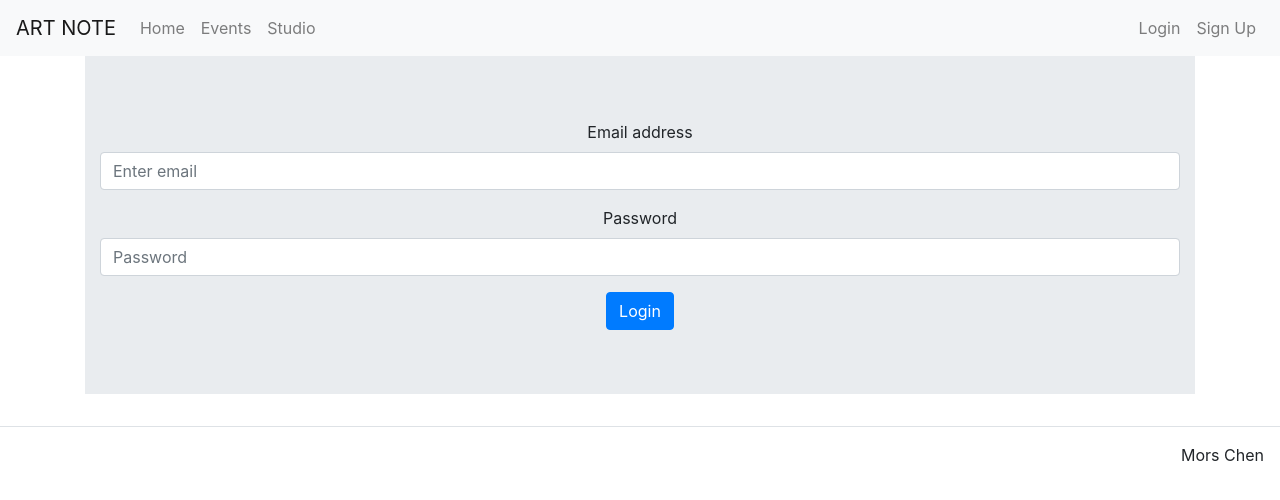
Repository: MorsChen/Final-Client
Page: /login (app in client-app/)
These files come from the project's save history. The page is drawn as it stood at one moment and after the next save; the edit follows.
The browser window is 1280 px wide. The pictures show the whole page.
The page's requests for data from a server got no answer. The project was rebuilt for these pictures with package versions that can differ from the ones it lists, and the page was loaded fresh each time. No one was signed in, and anything a server would have sent is missing. Also part of the build but not shown: client-app/src/page/Home.js, client-app/src/page/SignUp.js, client-app/src/page/Profile.js.

Above is the page before, as saved 2019-10-01 14:24:24.

### client-app/public/index.html
<!DOCTYPE html>
<html lang="en">
  <head>
    <meta charset="utf-8" />
    <link rel="shortcut icon" href="%PUBLIC_URL%/favicon.ico" />
    <meta name="viewport" content="width=device-width, initial-scale=1" />
    <meta name="theme-color" content="#000000" />
    <meta
      name="description"
      content="Web site created using create-react-app"
    />
    <link rel="apple-touch-icon" href="logo192.png" />
    <link
        rel="stylesheet"
        href="https://maxcdn.bootstrapcdn.com/bootstrap/4.3.1/css/bootstrap.min.css"
        integrity="sha384-ggOyR0iXCbMQv3Xipma34MD+dH/1fQ784/j6cY/iJTQUOhcWr7x9JvoRxT2MZw1T"
        crossorigin="anonymous"
      />
    <!--
      manifest.json provides metadata used when your web app is installed on a
      user's mobile device or desktop. See https://developers.google.com/web/fundamentals/web-app-manifest/
    -->
    <link rel="manifest" href="%PUBLIC_URL%/manifest.json" />
    <!--
      Notice the use of %PUBLIC_URL% in the tags above.
      It will be replaced with the URL of the `public` folder during the build.
      Only files inside the `public` folder can be referenced from the HTML.

      Unlike "/favicon.ico" or "favicon.ico", "%PUBLIC_URL%/favicon.ico" will
      work correctly both with client-side routing and a non-root public URL.
      Learn how to configure a non-root public URL by running `npm run build`.
    -->
    <title>Art Note</title>
  </head>
  <body>
    <noscript>You need to enable JavaScript to run this app.</noscript>
    <div id="root"></div>
    <!--
      This HTML file is a template.
      If you open it directly in the browser, you will see an empty page.

      You can add webfonts, meta tags, or analytics to this file.
      The build step will place the bundled scripts into the <body> tag.

      To begin the development, run `npm start` or `yarn start`.
      To create a production bundle, use `npm run build` or `yarn build`.
    -->
  </body>
</html>

### client-app/src/App.js
import React from "react";
import { BrowserRouter as Router, Route } from "react-router-dom";
import "./App.css";
import 'bootstrap/dist/css/bootstrap.min.css';



import Home from "./page/Home";
import SignUp from "./page/SignUp";
import Login from "./page/Login";
import Logout from "./page/Logout";
import Profile from "./page/Profile";
import NavBar from "./static/NavBar";

// const URL = `https://127.0.0.1:5000/`
export default class App extends React.Component {
  constructor(props) {
    super(props);
    const existingToken = localStorage.getItem('token');
    const accessToken = (window.location.search.split("=")[0]==="?api_key") ? window.location.search.split("=")[1] : null;

    if (!accessToken && !existingToken){
        window.location.replace(`localhost:3000/`)
    };

    if (accessToken) {
        localStorage.setItem('token', accessToken);
    };

    this.state = {
      isloading:true,
      events: {},
      blogs: {},
      users: {},
      profiles: {},
      comments: {},
      news: {},
      token: existingToken || accessToken,
      user:{isSignin:false}
    }
  }

  componentDidMount() {
    this.fetchhome()
    this.fetchUser()
  }

  fetchUser= async() =>{
    const a = await fetch('https://127.0.0.1:5000/getuserinfo',{
      headers: {
        "Content-Type": "application/json",
        "Authorization": `Token ${this.state.token}`
      }
    })
    const b = await a.json()
    if (b.status === 200) {
      b.user.isSignin= true;
      b.user.token = this.state.token
      this.setState({isloading:true,user:b.user})
    }
  }

  fetchhome = async()=>{
    const token = this.state.token
    const resp = await fetch(`https://127.0.0.1:5000/userload`, {
            method: "GET",
            headers: ({
                "Content-Type": "application/json",
                "Authorization": `Token ${token}`
                })
            });
    const data = await resp.json()
  }

  getToken = (token) => {
    this.setState({token : token})

  }
  // isSignin = () =>{
  //   if (this.state.token !== null){
  //     this.setState({ isSignin : true})
  //   }else {
  //     this.setState({isSignin: false})
  //   }
  //   localStorage.setItem('isSignin', this.isSignin)
  // }

  render() {
    console.log('check state', this.state)
    return (
      <div className="App">
        <Router>
            <NavBar user = {this.state.user} />


          <div className="mag-top">
            <Route path="/" exact component={Home}/>
            <Route path="/events/" exact component={Events} />
            <Route path="/studio/" exact component={Studio} />
            <Route path="/workshop/" component={Workshop} />
            <Route path="/profile/" exact component={ (props) => <Profile {...props} user = {this.state.user} />} />
            <Route path="/courses/" component={Courses} />
            {/* <Route path="/learningpaths/" component={LearningPaths} /> */}
            <Route path="/login/" component={ (props) => <Login {...props} getToken = {this.getToken} />}/>
            <Route path="/logout/" component= { (props) => <Logout {...props} token = {this.state.token} />}/>
            <Route path="/register/" component={SignUp} />
            <Route path="/about/" component={About} />
          </div>

          <div className="modal-footer">Mors Chen</div>
        </Router>
      </div>
    );
  }

}

function Events() {
  return <div className="FullContent"> Events </div>;
}

function Studio() {
  return <div className="FullContent"> Studio </div>;
}

function Workshop() {
  return <div className="FullContent"> Workshop </div>;
}

function Courses() {
  return <div className="FullContent"> Courses </div>;
}

// function LearningPaths() {
//   return <div> Learning Paths </div>;
// }

function About() {
  return <div className="FullContent"> ABOUT</div>;
}

// function Logout () {
//   return window.location.replace(`${URL}logout`)
// }

### client-app/src/App.css
.App {
  text-align: center;
}

@import url('https://fonts.googleapis.com/css?family=Exo:700');
@import url('https://fonts.googleapis.com/css?family=Abel');

.App-logo {
  height: 40vmin;
}

.App-header {
  background-color: #282c34;
  min-height: 100vh;
  display: flex;
  flex-direction: column;
  align-items: center;
  justify-content: center;
  font-size: calc(10px + 2vmin);
  color: white;
}

.App-link {
  color: #09d3ac;
}

.slider {
  height: 100vh;
  margin-top: -100px;
}

.navbar {
  position: fixed;
  top: 0;
  width: 100%;
  z-index: 1;
  }

.footer {
  position: absolute;
  background-color: #b33939;
  bottom: 0;
  height: 100px;
  width: 100%;
  z-index: 1;
}

.mag-top {
  margin-top: 3.5rem;
}


.flip-card {
  background-color: transparent;
  width: 300px;
  height: 300px;
  perspective: 1000px;
  margin: 1rem;
}

.left-start {
  position: absolute;
  left: 0;
  margin-left: 20rem;
  z-index: 1;
}

.right-start {
  position: absolute;
  right: 0;
  margin-right: 20rem;
  z-index: 1;
}

.flip-card-inner {
  position: relative;
  width: 100%;
  height: 100%;
  text-align: center;
  transition: transform 1s;
  transform-style: preserve-3d;
  box-shadow: 0 4px 8px 0 rgba(0,0,0,0.2);
}

.flip-card:hover .flip-card-inner {
  transform: rotateY(180deg);
}

.flip-card-front, .flip-card-back {
  position: absolute;
  width: 100%;
  height: 100%;
  backface-visibility: hidden;
}

.flip-card-front {
  background-color: #bbb;
  color: black;
}

.flip-card-back {
  background-color: #2980b9;
  color: white;
  transform: rotateY(180deg);
}

.content {
  display: flex;
  width: 100%;
  flex-direction: column;
  align-items: center;
  justify-content: center;
}
.card-content {
  display: flex;
  width: 60%;
  justify-self: center;
  margin-top: 2rem;
  flex-direction: row;
  justify-content: space-between;
  padding: 2rem;
}

.test-div{
  display: flex;
  width: 100%;
  margin-top: 30rem;
  /* height: 500px; */
  color: black;
}



/* Stop------ */
.card-tab {
  background-color: #00b3ff;
  width: 90vw;
  height: auto;
  margin-top: 10rem;
  -webkit-transform: perspective(900px);
  transform: perspective(900px);
  -webkit-transform-style: preserve-3d;
  transform-style: preserve-3d;
}

.card1 {
  text-align:center;
  position: absolute;
  left: 10rem;
  width: 250px;
  height: 350px;
  margin-top: 10px;
  margin-bottom: 10px;
  background: linear-gradient(rgb(225,150,58),rgb(227,144,91));
  transition:.6s;

  transform: rotatex(75deg) translatey(-200px) translatez(-100px);
  box-shadow: 0px 20px 60px rgba(0,0,0, 0.5);
}
.card1:hover{
  transform: rotatex(0deg);
  transition:.6s;
  box-shadow: 0px 0px 20px rgba(0, 0, 0, 0.3);
}
.card1 img{
  transform: translateY(15px);
  width:200px;
  height:120px;
}
h3{
  font-size:25px;
  font-family: 'Abel', sans-serif;
  color:rgb(255,255,255);
  text-shadow: 0 0 2px rgb(255,255,255);
  transform: translatey(10px);
}

.card-font {

  font-family: 'Abel', sans-serif;
  color: white;
  text-align:center;
  width:220px;
  transform: translatex(12px);
}


.card2 {
  text-align:center;
  position: absolute;
  left: 45rem;
  width: 250px;
  height: 350px;
  margin-top: 10px;
  margin-bottom: 10px;
  background: linear-gradient(rgb(93,94,170),rgb(93,66,103));
  animation: animate 1s linear infinite;
  transition:.6s;

  transform: rotatex(75deg) translatey(-200px) translatez(-100px);
  box-shadow: 0px 20px 60px rgba(0, 0, 0, 0.5);
}
.card2:hover{
  transform: rotatex(0deg);
  transition:.6s;
  box-shadow: 0px 0px 20px rgba(0, 0, 0, 0.3);
}
.card2 img{
  transform: translateY(15px);
  width:180px;
  height:150px;
}
.card3 {
  text-align:center;
  position: absolute;
  right: 10rem;
  width: 250px;
  height: 350px;
  margin-top: 10px;
  margin-bottom: 10px;
  background: linear-gradient(#ff5252, #b33939);
  transition:.6s;

  transform: rotatex(75deg) translatey(-200px) translatez(-100px);
  box-shadow: 0px 20px 60px rgba(0, 0, 0, 0.5);
}
.card3:hover{
  transform: rotatex(0deg);
  transition:.6s;
  box-shadow: 0px 0px 20px rgba(0, 0, 0, 0.3);
}
.card3 img{
  transform: translateY(15px);
  width:200px;
  height:120px;
}

### client-app/src/page/Login.js
import React, {Component} from "react";
// import { Form, Col, Button } from "react-bootstrap";
import 'bootstrap/dist/css/bootstrap.min.css';

export default class Login extends Component {
    constructor() {
        super();
        this.state = {
            email: "",
            password: "",
            user: {},
        };
      }

    componentDidMount () {
    }

    handleLogin = async e => {
        e.preventDefault();
        // const response = await fetch(`https://127.0.0.1:5000/users/login`)
        // const data = response.json()
        // console.log ("check", data)
        // if (this.state.password !== this.state.repassword) {
        //     alert("Password and Password confirm must match");
        // }

        let userlogin = {
        email: this.state.email,
        password: this.state.password,
        };
        console.log("check e.target",userlogin)
        const response = await fetch(`https://127.0.0.1:5000/users/login`, {
            method: "POST",
            body: JSON.stringify(userlogin),
            headers: new Headers({
                "Content-Type": "application/json"
            })
        });
        const data = await response.json()
        console.log("check resp from login",data)
        if (data.status === 200) {
            this.sendToken(data.token)
            localStorage.setItem('token', data.token)

            return window.location.replace(`http://localhost:3000/`);
        }
            else {return alert('something wrong')}
        };

    sendToken=(token)=>{
        this.props.getToken(token)
    }


    handleChange = e => {
        const name = e.target.name;
        const value = e.target.value;
        this.setState({
            [name]: value
        });
        };

    render() {
        console.log("check email",this.state.email);
        console.log('check isSignin login', this.state.user)

        return (
            <div className="container">
            <div className="jumbotron jumbotron-fluid custome-jumbo">
                <div className="container">
                <form
                    onSubmit={e => this.handleLogin(e)}
                    onChange={e => this.handleChange(e)}
                >
                    <div className="form-group">
                    <label for="exampleInputEmail1">Email address</label>
                    <input
                        type="email"
                        name="email"
                        className="form-control"
                        id="exampleInputEmail1"
                        aria-describedby="emailHelp"
                        placeholder="Enter email"
                        required={true}

                    />
                    {/* <small id="emailHelp" className="form-text text-muted">
                        We'll never share your email with anyone else.
                    </small> */}
                    </div>
                    <div className="form-group">
                    <label for="exampleInputPassword1">Password</label>
                    <input
                        type="password"
                        name="password"
                        className="form-control"
                        id="exampleInputPassword1"
                        placeholder="Password"
                        required={true}
                    />
                    </div>
                    <button
                    type="submit"
                    className="btn btn-primary"
                    >
                    Login
                    </button>
                </form>
                </div>
            </div>
            </div>
        );
    }
}

// function Login() {

//     const [validated, setValidated] = useState(false);

//     const handleSubmit = event => {
//         const form = event.currentTarget;
//         if (form.checkValidity() === false) {
//         event.preventDefault();
//         event.stopPropagation();
//         }

//         setValidated(true);
//     };

//         return (
//             <div className="FullContent">
//                 <div><h3>Login</h3></div>
//                 <Form className="form-content" noValidate validated={validated} onSubmit={handleSubmit}>
//                     <Form.Row>
//                         <Form.Group as={Col} md="6" controlId="formHorizontalEmail">
//                             <Form.Label>Email</Form.Label>
//                             <Form.Control
//                             required
//                             type="email"
//                             placeholder="Email" />
//                         <Form.Control.Feedback>Looks good!</Form.Control.Feedback>
//                         <Form.Control.Feedback type="invalid">
//                             Please input your email.
//                             </Form.Control.Feedback>
//                         </Form.Group>

//                         <Form.Group as={Col} md="6" controlId="formHorizontalPassword">
//                             <Form.Label>Password</Form.Label>
//                             <Form.Control
//                             required
//                             type="password"
//                             placeholder="Password" />
//                         <Form.Control.Feedback>Looks good!</Form.Control.Feedback>
//                         <Form.Control.Feedback type="invalid">
//                             Please input password.
//                             </Form.Control.Feedback>
//                         </Form.Group>
//                     </Form.Row>
//                     <Form.Group>
//                         <Form.Check
//                         label="Remember Me"
//                         />
//                     </Form.Group>
//                     <Button type="submit">Sign in</Button>

//                     <Button onClick={()=>window.location.replace("https://127.0.0.1:5000/login/facebook")}>Sign in with FaceBook</Button>
//                 </Form>
//             </div>


//         )
// }
// export default Login;


// class Login extends React.Component {
//     constructor() {
//       super();
//       this.handleSubmit = this.handleSubmit.bind(this);
//     }

//     handleSubmit(event) {
//         event.preventDefault();
//         const data = new FormData(event.target);

//         const [month, day, year] = data.get('birthdate').split('/');
//         const serverDate = `${year}-${month}-${day}`;

//         data.set('birthdate', serverDate);
//         data.set('username', data.get('username').toUpperCase());

//         for (let name of data.keys()) {
//             const input = form.elements[name];
//             const parserName = input.dataset.parse;

//             if (parserName) {
//               const parser = inputParsers[parserName];
//               const parsedValue = parser(data.get(name));
//               data.set(name, parsedValue);
//             }
//           }

//         console.log("check data", data)
//     //   fetch('/api/form-submit-url', {
//     //     method: 'POST',
//     //     body: data,
//     //   });
//     }

//     render() {
//       return (
//         <form onSubmit={this.handleSubmit}>
//           <label htmlFor="username">Enter username</label>
//           <input id="username" name="username" type="text" />

//           <label htmlFor="email">Enter your email</label>
//           <input id="email" name="email" type="email" />

//           <label htmlFor="birthdate">Enter your birth date</label>
//           <input id="birthdate" name="birthdate" type="text" data-parse="date" />

//           <button>Send data!</button>
//         </form>
//       );
//     }
//   }

//   export default Login

### client-app/src/page/Logout.js
import React from "react";

const URL = `https://127.0.0.1:5000/`

export default class Logout extends React.Component {
    constructor(props){
        super(props)
        this.state = {...props}
        console.log('check props', this.state)

    }

    componentDidMount(){
        this.deltoken()
    }
    deltoken = async () => {
        console.log('check token inside', this.state.token)
        console.log('check URL', `${URL}logout`)
        const response = await fetch(`${URL}logout`, {
        method: 'GET',
        headers: {
            'Accept': 'application/json',
            'Content-Type': 'application/json',
            'Authorization': `Token ${this.state.token}`
        }
        })
        const status = await response.json()
        console.log('STATUS',status.status)
        if (status.status === 200) {
            localStorage.clear('token')
            this.setState({ token: null })
            return window.location.replace(`http://localhost:3000/`);}
            else {return alert('something wrong')}
    }
    sendToken=(token)=>{
        this.props.getToken({token: token})
    }

    render (){

        return [

        ]
    }
}

### client-app/src/static/NavBar.js
import React from "react";
import { Link } from "react-router-dom";
import { Navbar, Nav} from "react-bootstrap";


export default class NavBar extends React.Component {


  render () {
    console.log('check pass user', this.props.user)
      return [
          <Navbar bg="light" expand="lg">
          <Link class="navbar-brand" to="/">ART NOTE</Link>
            <Navbar.Toggle aria-controls="basic-navbar-nav" />
            <Navbar.Collapse id="basic-navbar-nav">
              <Nav className="mr-auto">
                <Link class="nav-link" to="/">
                    Home
                  </Link>
                  <Link class="nav-link" to="/events/">
                    Events
                  </Link>
                  <Link class="nav-link" to="/studio/">
                    Studio
                  </Link>
                  {this.props.user.isSignin ? <>
                    <Link class="nav-link" to="/workshop/">
                    WorkShop
                    </Link>
                    <Link class="nav-link" to="/courses/">
                      Courses
                    </Link>
                    <Link class="nav-link" to="/profile/">
                      Profile
                    </Link>
                    <Link class="nav-link" to="/about/">
                      About
                    </Link>
                    </> : <>
                      </>}

                {/* <NavDropdown title="Dropdown" id="basic-nav-dropdown">
                  <NavDropdown.Item href="#action/3.1">Action</NavDropdown.Item>
                  <NavDropdown.Item href="#action/3.2">Another action</NavDropdown.Item>
                  <NavDropdown.Item href="#action/3.3">Something</NavDropdown.Item>
                  <NavDropdown.Divider />
                  <NavDropdown.Item href="#action/3.4">Separated link</NavDropdown.Item>
                </NavDropdown> */}
              </Nav>
              <Nav className="mr-0">
                  {this.props.user.isSignin ? <><Link class="nav-link" to="/logout">Logout</Link>
                  </> : <>
                      <Link class="nav-link" to="/login">Login</Link>
                      <Link class="nav-link" to="/register">Sign Up</Link></>}
              </Nav>
            </Navbar.Collapse>
          </Navbar>

      ]
  }
}

Loaded but not shown: client-app/src/index.js (common file); client-app/src/index.css (common file); client-app/src/serviceWorker.js (common file)

After the next save:
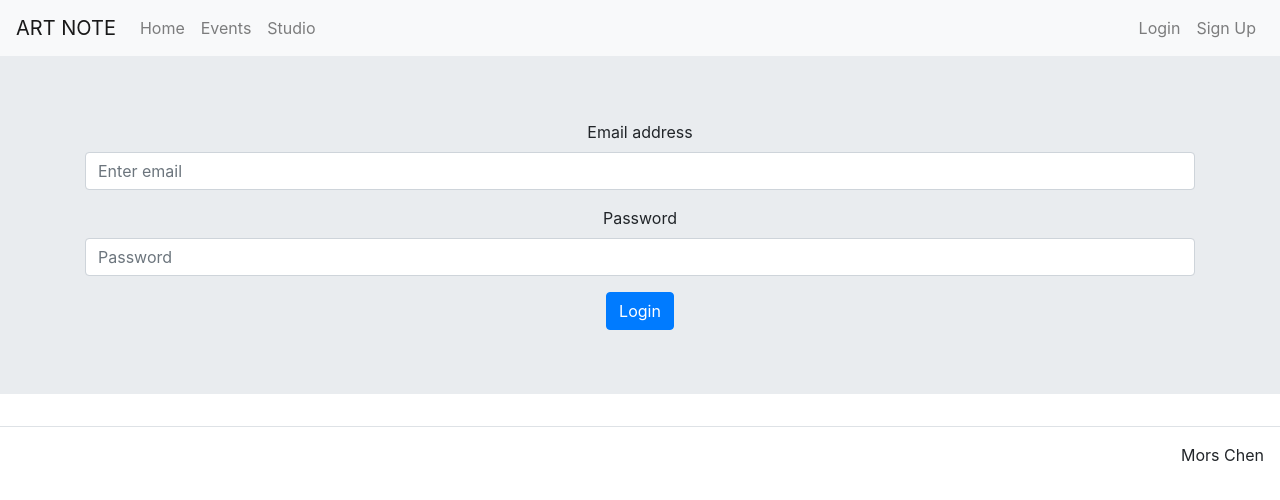
Saved 116 s later.
--- a/client-app/src/page/Login.js
+++ b/client-app/src/page/Login.js
@@ -65,7 +65,7 @@ export default class Login extends Component {
         console.log('check isSignin login', this.state.user)
 
         return (
-            <div className="container">
+            <div cclassName="FullContent">
             <div className="jumbotron jumbotron-fluid custome-jumbo">
                 <div className="container">
                 <form
